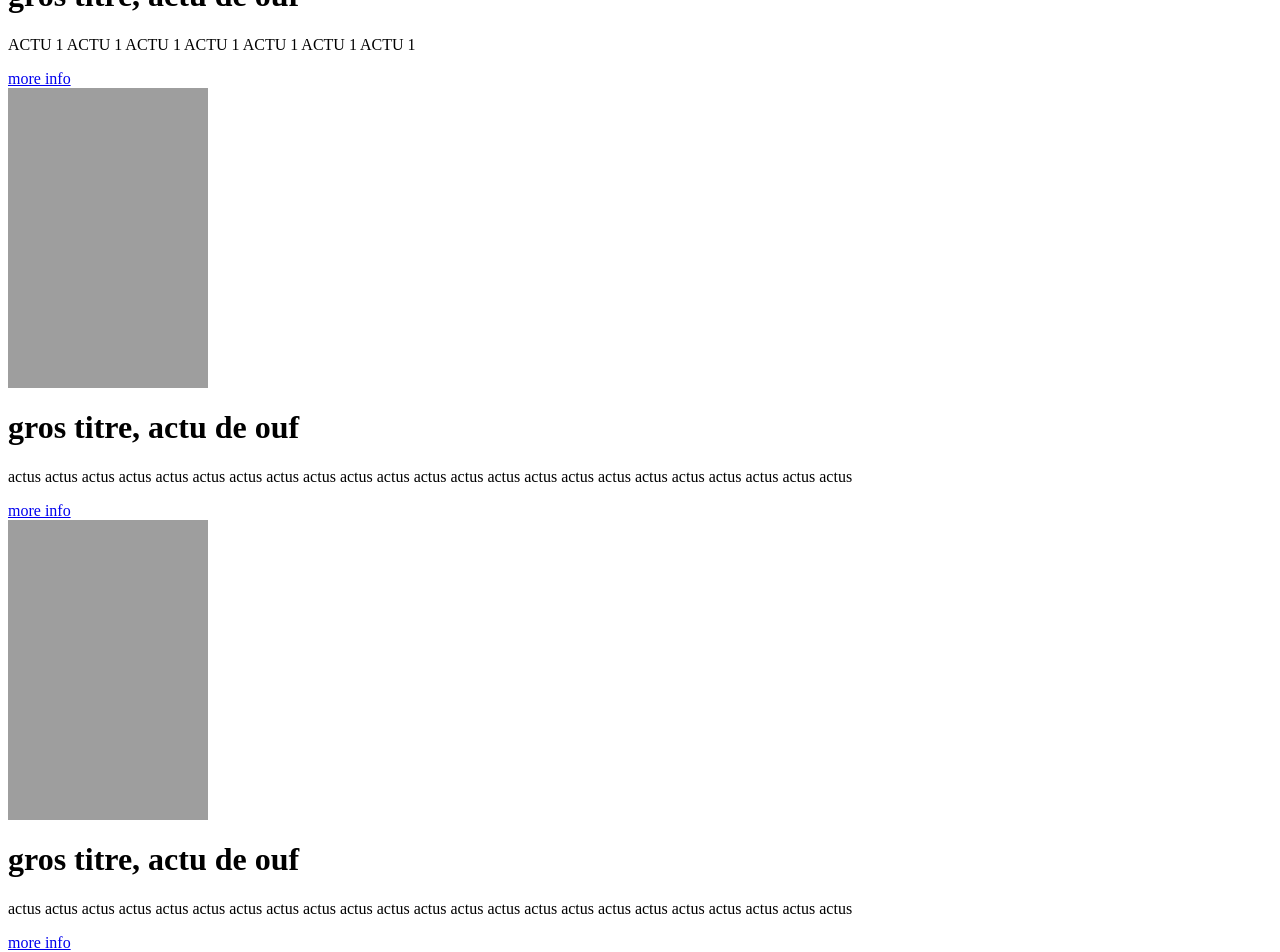
Repository: Mini-T/git-course
Page: actualites/actualite.html
The author's editor kept a copy of each file at every save. The page is drawn from the files as they stood at one save, then again after the next save.
The browser window is 1280 px wide. The pictures show the part of the page from y = 352 to 1304 px (the page is 1312 px tall).
Pictures or frames that could not be fetched are drawn as grey boxes.

Above is the page before, as saved 2022-09-26 15:10:49.

### actualites/actualite.html
<html>
    <body>
        <div>
            <div>
                <img src="https://picsum.photos/200/300?random=1">
                <div>
                    <h1>
                        gros titre, actu de ouf
                    </h1>
                    <p> ACTU 1 ACTU 1 ACTU 1 ACTU 1 ACTU 1 ACTU 1 ACTU 1</p>
                    <a href="./single-actualite_1.html">more info</a>
                </div>
            </div>
            <div>
                <img src="https://picsum.photos/200/300?random=2" alt="actu">
                <div>
                    <h1>
                        gros titre, actu de ouf
                    </h1>
                    <p>actus actus actus actus actus actus actus actus actus actus actus actus actus actus actus actus actus actus actus actus actus actus actus </p>
                    <a href="./single-actualite_2.html">more info</a>
                </div>
            </div>
            <div>
                <img src="https://picsum.photos/200/300?random=3" alt="actu">
                <div>
                    <h1>
                        gros titre, actu de ouf
                    </h1>
                    <p>actus actus actus actus actus actus actus actus actus actus actus actus actus actus actus actus actus actus actus actus actus actus actus </p>
                    <a href="./single-actualite_3.html">more info</a>
                </div>
            </div>
        </div>
    </body>
</html>

After the next save:
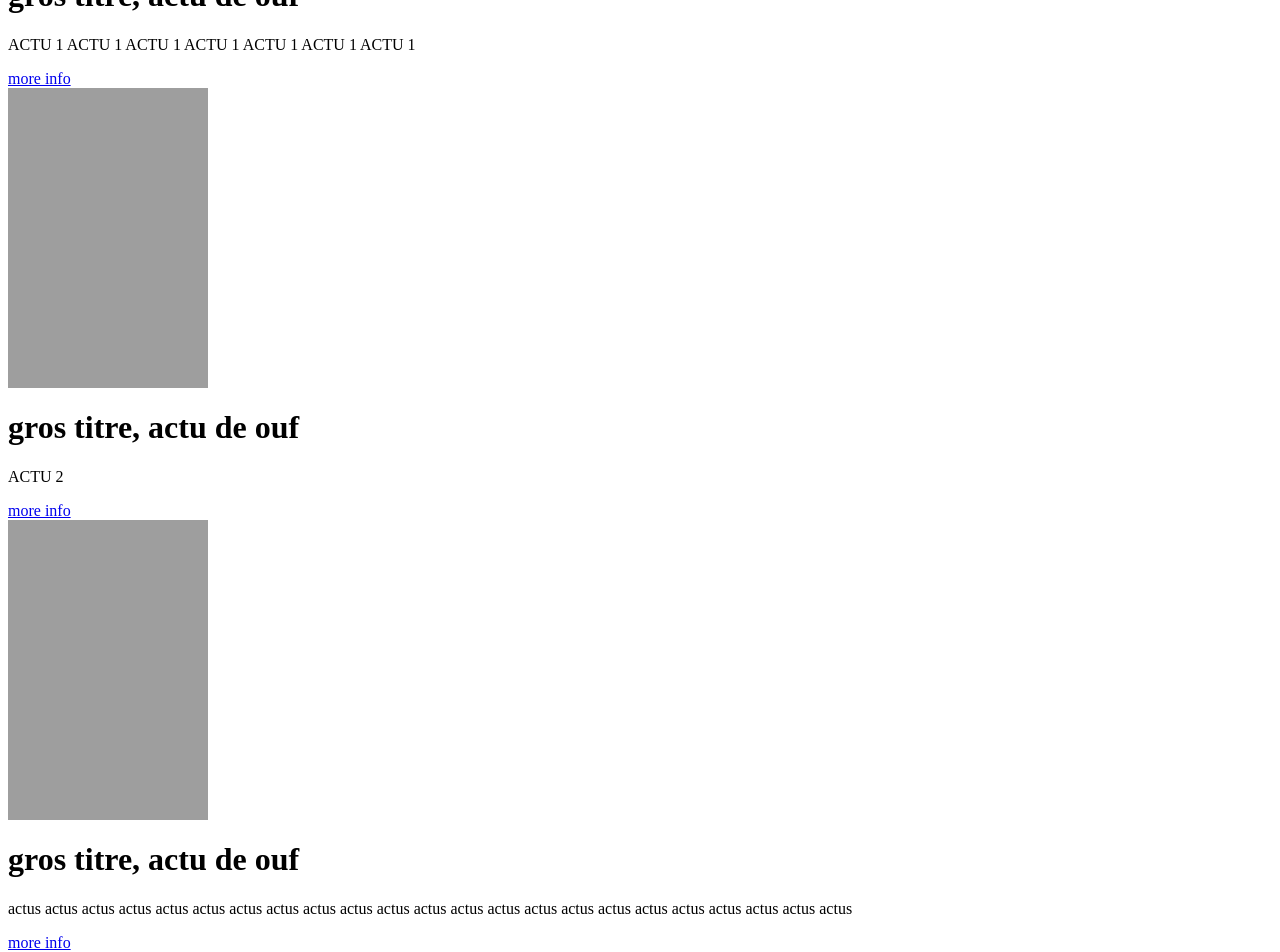
Saved 10 s later.
--- a/actualites/actualite.html
+++ b/actualites/actualite.html
@@ -17,7 +17,7 @@
                     <h1>
                         gros titre, actu de ouf
                     </h1>
-                    <p>actus actus actus actus actus actus actus actus actus actus actus actus actus actus actus actus actus actus actus actus actus actus actus </p>
+                    <p>ACTU 2 </p>
                     <a href="./single-actualite_2.html">more info</a>
                 </div>
             </div>
